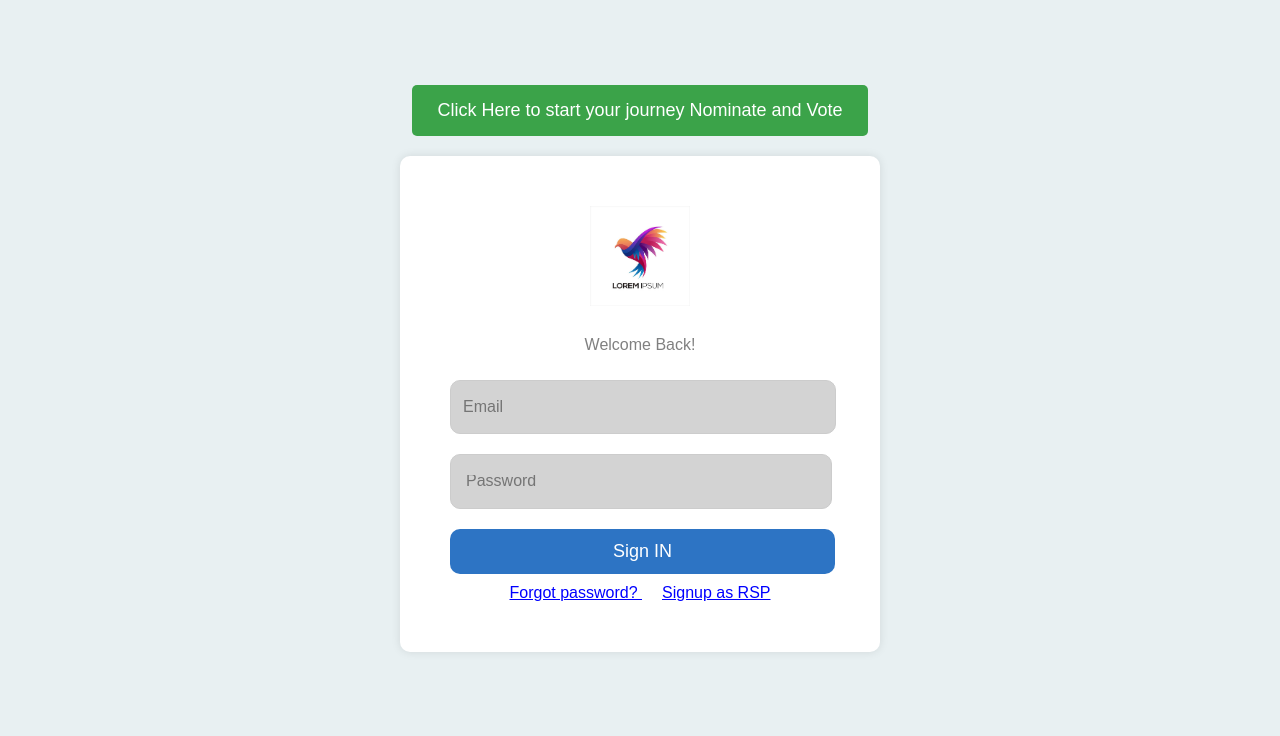
Repository: Femi007-gh/welcome
Page: index.html
An editor plug-in stored every save of this project. The page is shown before and after a run of saves, followed by the edit.
The browser window is 1280 px wide. The pictures show the whole page.
Some web libraries are served in a nearby version.

Above is the page before, as saved 2025-03-10 18:23:44.

After the next 2 saves:
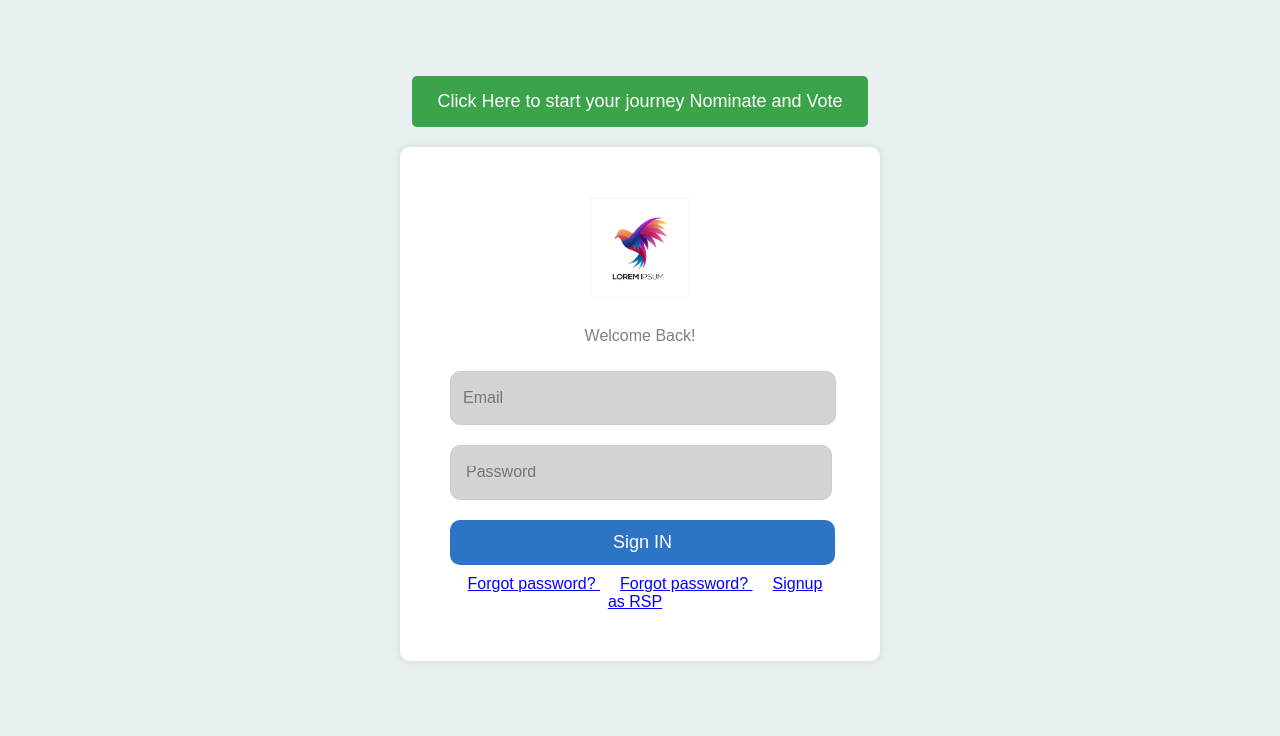
The 2 saves are shown as one change because they came seconds apart.
The last was saved 8 s later.
--- a/index.html
+++ b/index.html
@@ -116,6 +116,7 @@
         <button class="sign-in-button">Sign IN</button>
         <div class="links">
             <a href="#" class="underline">Forgot password? </a>
+            <a href="#" class="underline">Forgot password? </a>
             <a href="#" class="underline">Signup as RSP</a>
         </div>
     </div>

After the save that followed:
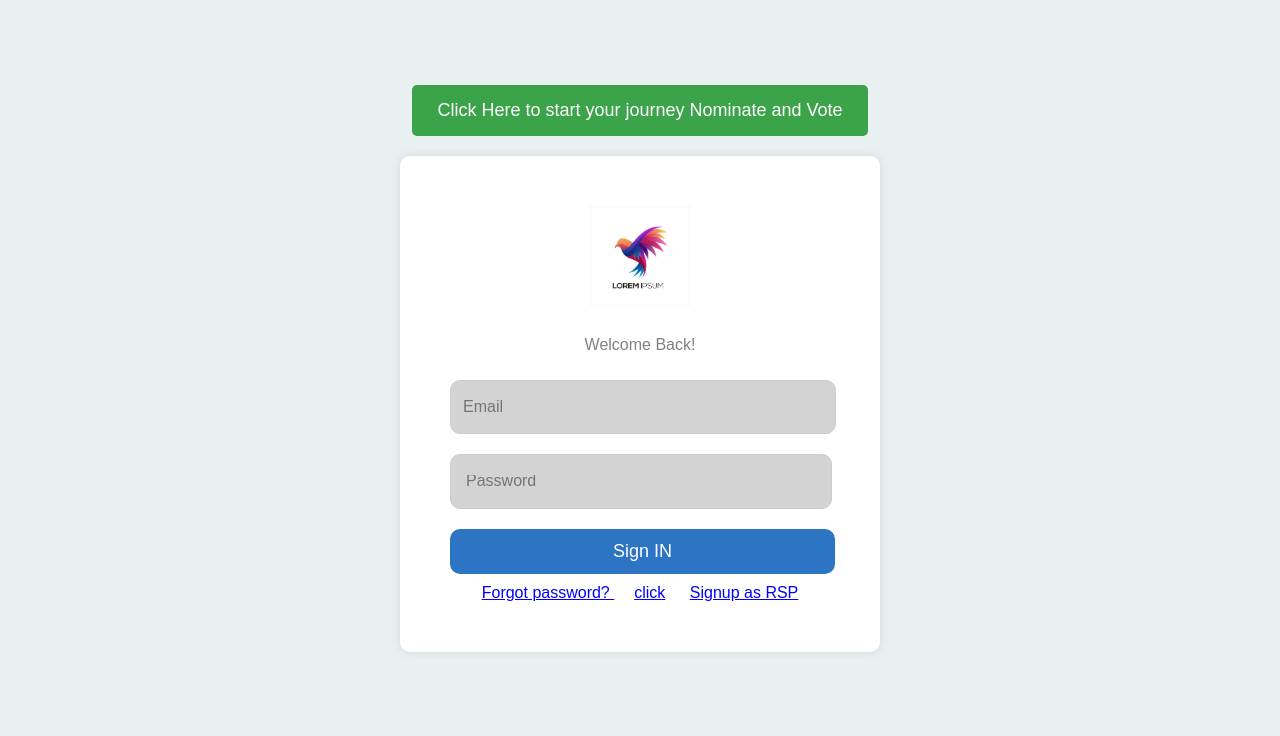
Saved 5 s later.
--- a/index.html
+++ b/index.html
@@ -116,7 +116,7 @@
         <button class="sign-in-button">Sign IN</button>
         <div class="links">
             <a href="#" class="underline">Forgot password? </a>
-            <a href="#" class="underline">Forgot password? </a>
+            <a href="#" class="underline">click</a>
             <a href="#" class="underline">Signup as RSP</a>
         </div>
     </div>
